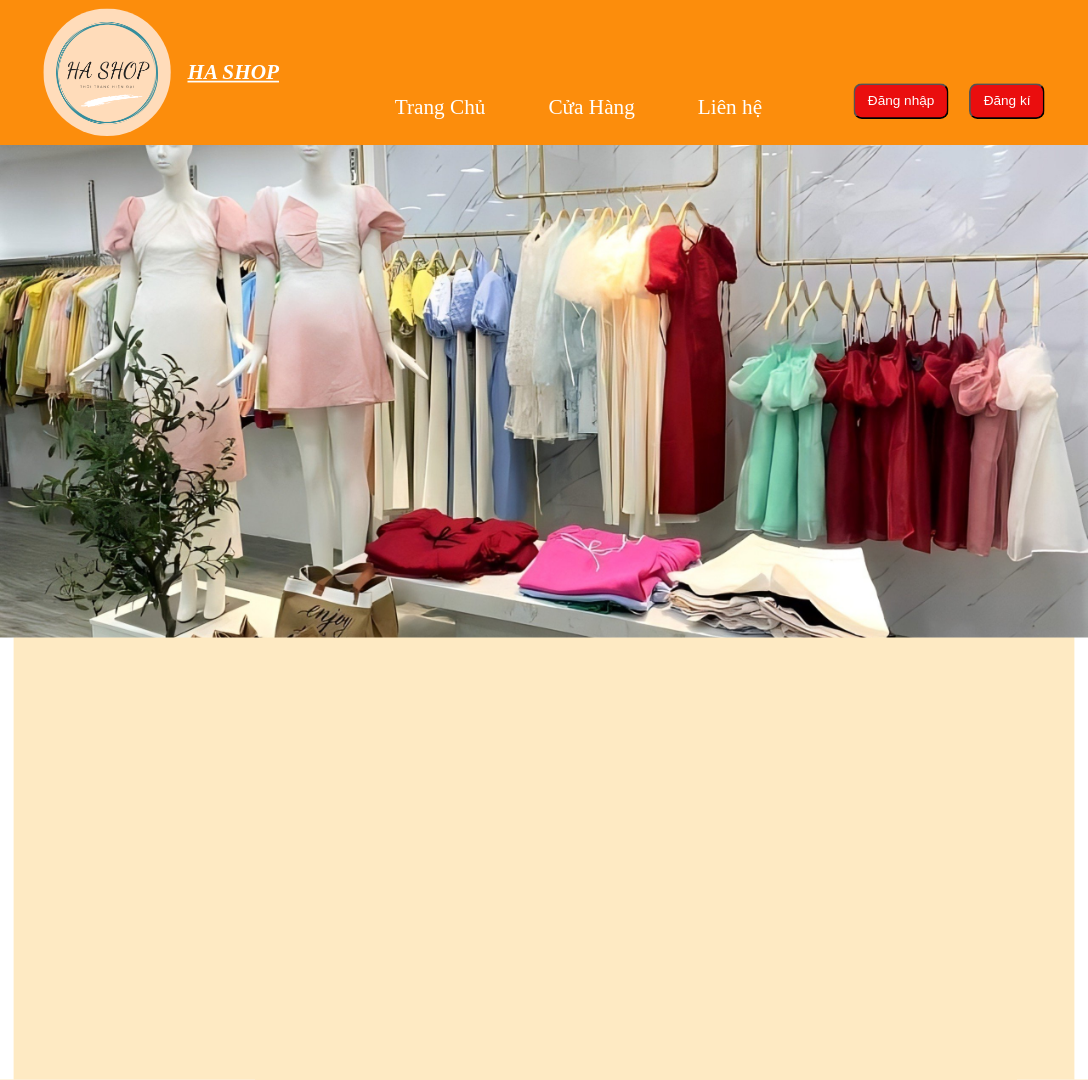
Repository: manhhieu120499/demo_page
Page: trangchu.html
The author's editor kept a copy of each file at every save. The page is drawn from the files as they stood at one save, then again after the next save.
The browser window is 1280 px wide. The pictures show the whole page, at 85% of full size.

Above is the page before, as saved 2023-03-04 10:22:34.

### trangchu.html
<!DOCTYPE html>
<html lang="en">

<head>
    <meta charset="UTF-8" />
    <meta http-equiv="X-UA-Compatible" content="IE=edge" />
    <meta name="viewport" content="width=device-width, initial-scale=1.0" />
    <title>Document</title>
    <link rel="stylesheet" href="./style_trangchu.css">
</head>

<body>
    <div class="wrap">
        <div class="header">
            <div class="left-header">
                <img src="./Thời trang hiện dại.png" alt="logo_shop" class="picture"/>
                <h2 class="shop_name">HA SHOP</h2>
            </div>

            <div class="right-header">
                <div class="link">
                    <a href="#">Trang Chủ</a>
                    <a href="#">Cửa Hàng</a>
                    <a href="#">Liên hệ</a>
                </div>
                 <div class="btn">
                     <button>Đăng nhập</button>
                     <button>Đăng kí</button>
                 </div>
            </div>
        </div>

        <div class="slide_bar">
            <img src="./slide.jpg" alt="slide_picture">
        </div>

        <div class="album">
            <div class="album_one">
                <div class="left_picture">

                </div>
                <div class="right_description">

                </div>
            </div>
        </div>

</body>

</html>

### style_trangchu.css
* {
    margin: 0;
    box-sizing: border-box;
}


.header {
    background-color: #FC8D0C;
    display: flex;
    justify-content: space-around;
    position: fixed;
    width: 100%;
    top: 0;
    left: 0;
    padding: 10px 0;
}

.left-header {
    display: flex;
    align-items: center;
    gap: 20px;
}

.left-header .picture {
    width: 150px;
    height: 150px;
    border-radius: 50%;
}

.left-header .shop_name {
    color: white;
    font-size: 25px;
    text-decoration: underline;
    font-style: italic;
}

.right-header .link > a {
    color: white;
    text-decoration: none;
    font-size: 25px;
    padding: 10px 35px;
}

.right-header {
    width: 800px;
    display: flex;
    align-items: flex-end;
    margin-bottom: 20px;
    justify-content: space-between;
}

.right-header .btn > button {
    background-color: #EA0E0E;
    padding: 10px 15px;
    border-radius: 10px;
    margin-left: 20px;
    font-size: 16px;
    color: white;
}

/* slide bar*/
.slide_bar {
    margin-top: 150px;
    height: 400px;
}
.slide_bar > img{
    width: 100%;
    object-fit: cover;
    height: 600px;
}

/*album bo suu tap*/
.album {
    margin-top: 20px;
    width: calc(100% - 32px);
    margin-left: 16px;
    height: 700px;
    background-color: #FEEAC3;
}

After the next save:
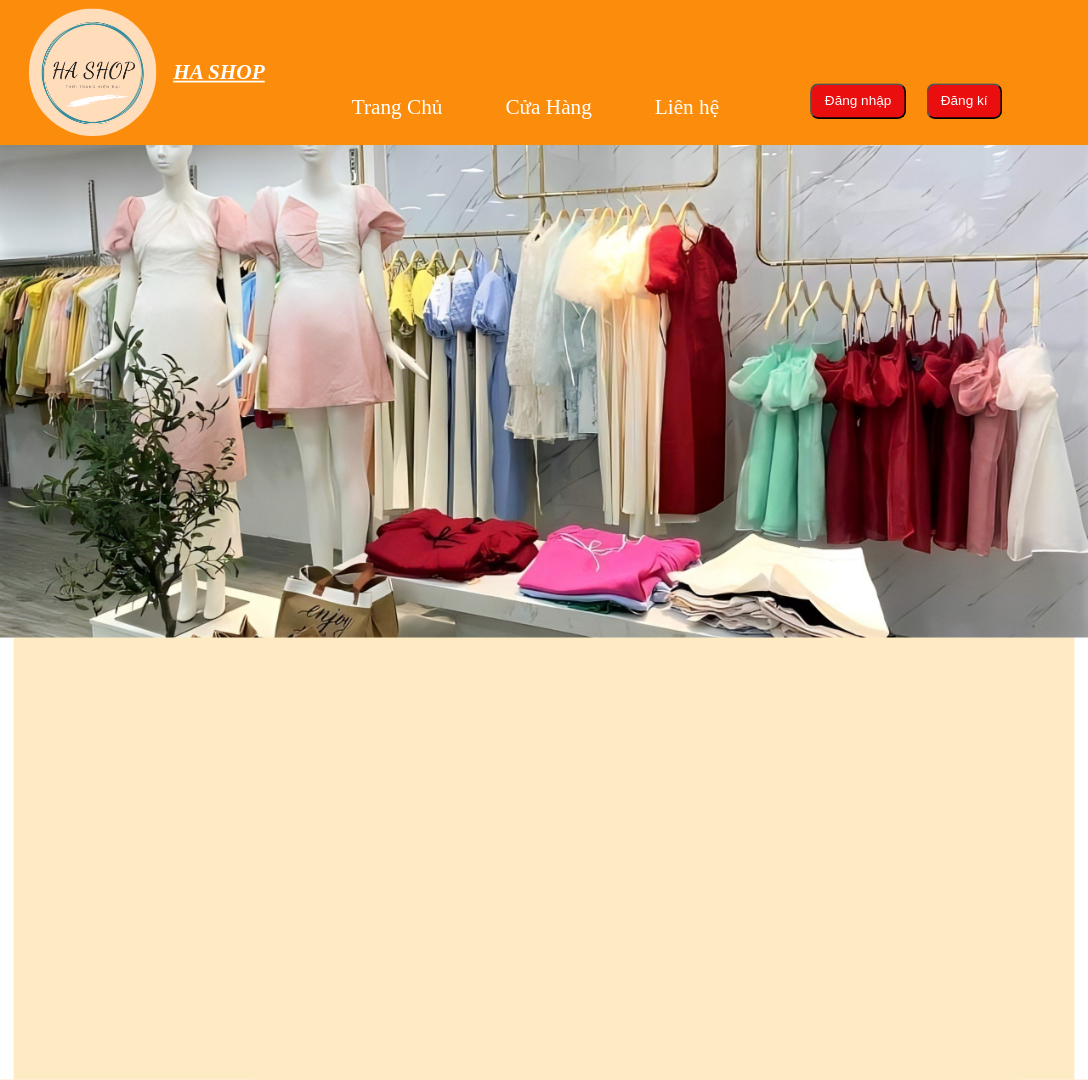
Saved 104 s later.
--- a/trangchu.html
+++ b/trangchu.html
@@ -28,6 +28,7 @@
                      <button>Đăng kí</button>
                  </div>
             </div>
+            <div class="clear"></div>
         </div>
 
         <div class="slide_bar">
